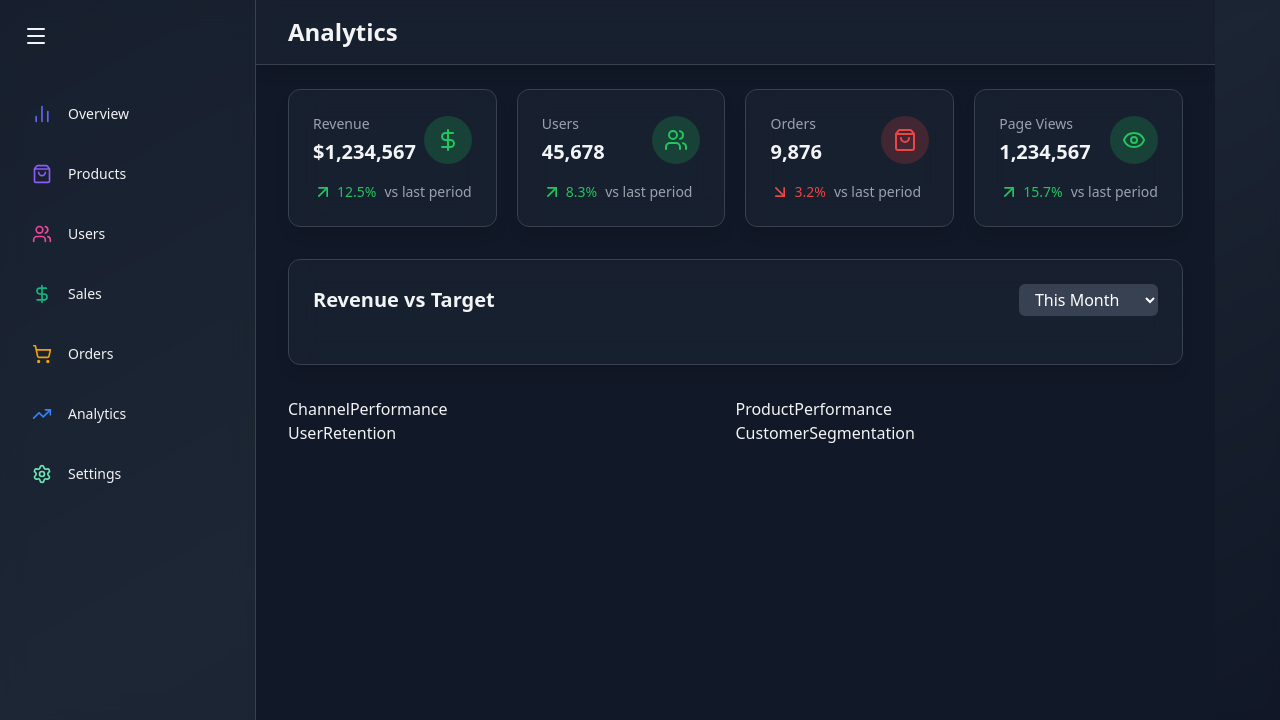
Repository: Abdirabi11/React-dashboard
Page: /analytics
An editor plug-in stored every save of this project. The page is shown before and after the next save, followed by the edit.
The browser window is 1280 px wide. The pictures show the whole page.
An inner scrolling area shows only its first screen. The project was rebuilt for these pictures with package versions that can differ from the ones it lists, and the page was loaded fresh each time. Also part of the build but not shown: vite.config.js, src/components/common/StatCard.jsx, src/components/overview/SalesOverviewChart.jsx, src/components/overview/CategoryDistributionChart.jsx, src/components/overview/SalesChannelChart.jsx, src/pages/OverviewPage.jsx, src/components/products/SalesTrendChart.jsx, src/components/products/ProductsTable.jsx and 15 more.

Above is the page before, as saved 2025-07-19 11:22:41.

### src/components/common/Sidebar.jsx
import { BarChart2, DollarSign, Menu, Settings, ShoppingBag, ShoppingCart, TrendingUp, Users } from "lucide-react";
import { useState } from "react";
import { AnimatePresence, motion } from "framer-motion";
import { Link } from "react-router-dom";

const SIDEBAR_ITEMS = [
	{
		name: "Overview",
		icon: BarChart2,
		color: "#6366f1",
		href: "/",
	},
	{ name: "Products", icon: ShoppingBag, color: "#8B5CF6", href: "/products" },
	{ name: "Users", icon: Users, color: "#EC4899", href: "/users" },
	{ name: "Sales", icon: DollarSign, color: "#10B981", href: "/sales" },
	{ name: "Orders", icon: ShoppingCart, color: "#F59E0B", href: "/orders" },
	{ name: "Analytics", icon: TrendingUp, color: "#3B82F6", href: "/analytics" },
	{ name: "Settings", icon: Settings, color: "#6EE7B7", href: "/settings" },
];

const Sidebar = () => {
	const [isSidebarOpen, setIsSidebarOpen] = useState(true);

	return (
		<motion.div
			className={`relative z-10 transition-all duration-300 ease-in-out flex-shrink-0 ${
				isSidebarOpen ? "w-64" : "w-20"
			}`}
			animate={{ width: isSidebarOpen ? 256 : 80 }}
		>
			<div className='h-full bg-gray-800 bg-opacity-50 backdrop-blur-md p-4 flex flex-col border-r border-gray-700'>
				<motion.button
					whileHover={{ scale: 1.1 }}
					whileTap={{ scale: 0.9 }}
					onClick={() => setIsSidebarOpen(!isSidebarOpen)}
					className='p-2 rounded-full hover:bg-gray-700 transition-colors max-w-fit'
				>
					<Menu size={24} />
				</motion.button>

				<nav className='mt-8 flex-grow'>
					{SIDEBAR_ITEMS.map((item) => (
						<Link key={item.href} to={item.href}>
							<motion.div className='flex items-center p-4 text-sm font-medium rounded-lg hover:bg-gray-700 transition-colors mb-2'>
								<item.icon size={20} style={{ color: item.color, minWidth: "20px" }} />
								<AnimatePresence>
									{isSidebarOpen && (
										<motion.span
											className='ml-4 whitespace-nowrap'
											initial={{ opacity: 0, width: 0 }}
											animate={{ opacity: 1, width: "auto" }}
											exit={{ opacity: 0, width: 0 }}
											transition={{ duration: 0.2, delay: 0.3 }}
										>
											{item.name}
										</motion.span>
									)}
								</AnimatePresence>
							</motion.div>
						</Link>
					))}
				</nav>
			</div>
		</motion.div>
	);
};
export default Sidebar;

### src/pages/AnalyticsPage.jsx
import { motion } from "framer-motion";
import ChannelPerformance from "../components/analytics/ChannelPerformance";
import CustomerSegmentation from "../components/analytics/CustomerSegmentation";
import OverviewCards from "../components/analytics/OverviewCards";
import ProductPerformance from "../components/analytics/ProductPerformance";
import RevenueChart from "../components/analytics/RevenueChart";
import UserRetention from "../components/analytics/UserRetention";
import Header from "../components/common/Header";


const AnalyticsPage = () => {
	return (
		<div className="flez-1 overflow-auto relative z-10 bg-gray-900">
			<Header title="Analytics" />
			<main className='max-w-7xl mx-auto py-6 px-4 lg:px-8'>
			    <OverviewCards />
				<RevenueChart />

				<div className="grid grid-cols-1 lg:grid-cols-2 gab-8 mb-8">
				    <ChannelPerformance />
					<ProductPerformance />
					<UserRetention />
					<CustomerSegmentation />
				</div>
			</main>
		</div>
	);
};
export default AnalyticsPage;

### src/components/analytics/ChannelPerformance.jsx
import React from 'react'

const ChannelPerformance = () => {
  return (
    <div>ChannelPerformance</div>
  )
}

export default ChannelPerformance

### src/components/analytics/CustomerSegmentation.jsx
import React from 'react'

const CustomerSegmentation = () => {
  return (
    <div>CustomerSegmentation</div>
  )
}

export default CustomerSegmentation

### src/components/analytics/OverviewCards.jsx
import { motion } from "framer-motion";
import { DollarSign, Users, ShoppingBag, Eye, ArrowDownRight, ArrowUpRight } from "lucide-react";

const overviewData = [
	{ name: "Revenue", value: "$1,234,567", change: 12.5, icon: DollarSign },
	{ name: "Users", value: "45,678", change: 8.3, icon: Users },
	{ name: "Orders", value: "9,876", change: -3.2, icon: ShoppingBag },
	{ name: "Page Views", value: "1,234,567", change: 15.7, icon: Eye },
];


const OverviewCards = () => {
  return (
    <div className="grid grid-cols-1 gap-5 sm:grid-cols-2 lg:grid-cols-4 mb-8">
      {overviewData.map((item, index)=> (
        <motion.div
          key={item.name}
          className='bg-gray-800 bg-opacity-50 backdrop-filter backdrop-blur-lg shadow-lg
            rounded-xl p-6 border border-gray-700
          '
          initial={{ opacity: 0, y: 20 }}
          animate={{ opacity: 1, y: 0 }}
          transition={{ delay: index * 0.1 }}
        >
          <div className='flex items-center justify-between'>
            <div>
							<h3 className='text-sm font-medium text-gray-400'>{item.name}</h3>
							<p className='mt-1 text-xl font-semibold text-gray-100'>{item.value}</p>
						</div>
            <div
							className={`
              p-3 rounded-full bg-opacity-20 ${item.change >= 0 ? "bg-green-500" : "bg-red-500"}
              `}
						>
							<item.icon className={`size-6  ${item.change >= 0 ? "text-green-500" : "text-red-500"}`} />
						</div>
          </div>
          <div
						className={`
              mt-4 flex items-center ${item.change >= 0 ? "text-green-500" : "text-red-500"}
            `}
					>
						{item.change >= 0 ? <ArrowUpRight size='20' /> : <ArrowDownRight size='20' />}
						<span className='ml-1 text-sm font-medium'>{Math.abs(item.change)}%</span>
						<span className='ml-2 text-sm text-gray-400'>vs last period</span>
					</div>
        </motion.div>
      ))}
    </div>
  )
}

export default OverviewCards

### src/components/analytics/ProductPerformance.jsx
import React from 'react'

const ProductPerformance = () => {
  return (
    <div>ProductPerformance</div>
  )
}

export default ProductPerformance

### src/components/analytics/RevenueChart.jsx
import { useState } from "react";
import { motion } from "framer-motion";
import { AreaChart, Area, XAxis, YAxis, CartesianGrid, Tooltip, Legend, ResponsiveContainer } from "recharts";

const revenueData = [
	{ month: "Jan", revenue: 4000, target: 3800 },
	{ month: "Feb", revenue: 3000, target: 3200 },
	{ month: "Mar", revenue: 5000, target: 4500 },
	{ month: "Apr", revenue: 4500, target: 4200 },
	{ month: "May", revenue: 6000, target: 5500 },
	{ month: "Jun", revenue: 5500, target: 5800 },
	{ month: "Jul", revenue: 7000, target: 6500 },
];


const RevenueChart = () => {
  const [selectedTimeRange, setSelectedTimeRange] = useState("This Month");
  return (
    <motion.div
			className='bg-gray-800 bg-opacity-50 backdrop-filter backdrop-blur-lg shadow-lg rounded-xl p-6 border border-gray-700 mb-8'
			initial={{ opacity: 0, y: 20 }}
			animate={{ opacity: 1, y: 0 }}
			transition={{ delay: 0.2 }}
		>
      <div className="flex justify-between items-center mb-6">
        <h2 className='text-xl font-semibold text-gray-100'>Revenue vs Target</h2>
        <select
         className='bg-gray-700 text-white rounded-md px-3 py-1 focus:outline-none focus:ring-2 focus:ring-blue-500'
         value={selectedTimeRange}
         onChange={(e) => setSelectedTimeRange(e.target.value)}
        >
          <option>This Week</option>
					<option>This Month</option>
					<option>This Quarter</option>
					<option>This Year</option>
        </select>
      </div>
    </motion.div>
  )
}

export default RevenueChart

### src/components/analytics/UserRetention.jsx
import React from 'react'

const UserRetention = () => {
  return (
    <div>UserRetention</div>
  )
}

export default UserRetention

Loaded but not shown: index.html (common file); src/main.jsx (common file); src/App.jsx (common file); src/index.css (common file); src/components/common/Header.jsx (common file); tailwind.config.js (common file)

After the next save:
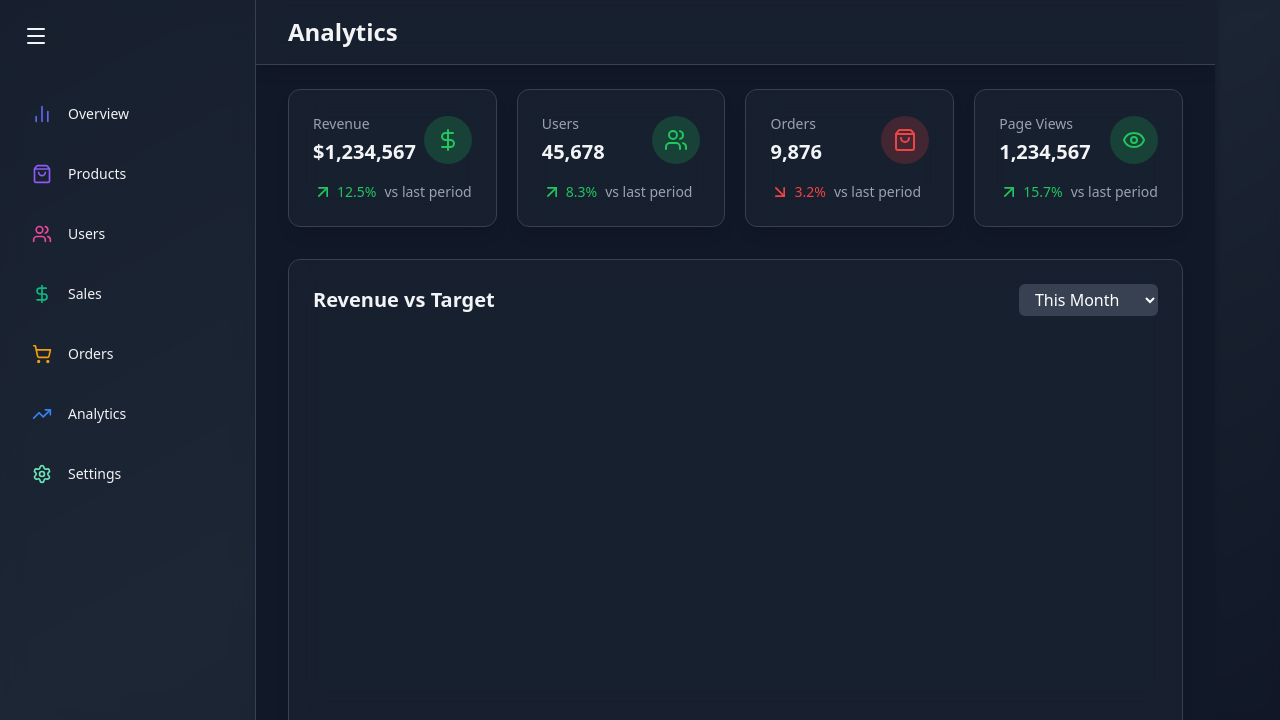
Saved 26 s later.
--- a/src/components/analytics/RevenueChart.jsx
+++ b/src/components/analytics/RevenueChart.jsx
@@ -35,6 +35,9 @@ const RevenueChart = () => {
 					<option>This Year</option>
         </select>
       </div>
+      <div style={{ width: "100%", height: 400 }}>
+				<ResponsiveContainer></ResponsiveContainer>
+      </div>
     </motion.div>
   )
 }
